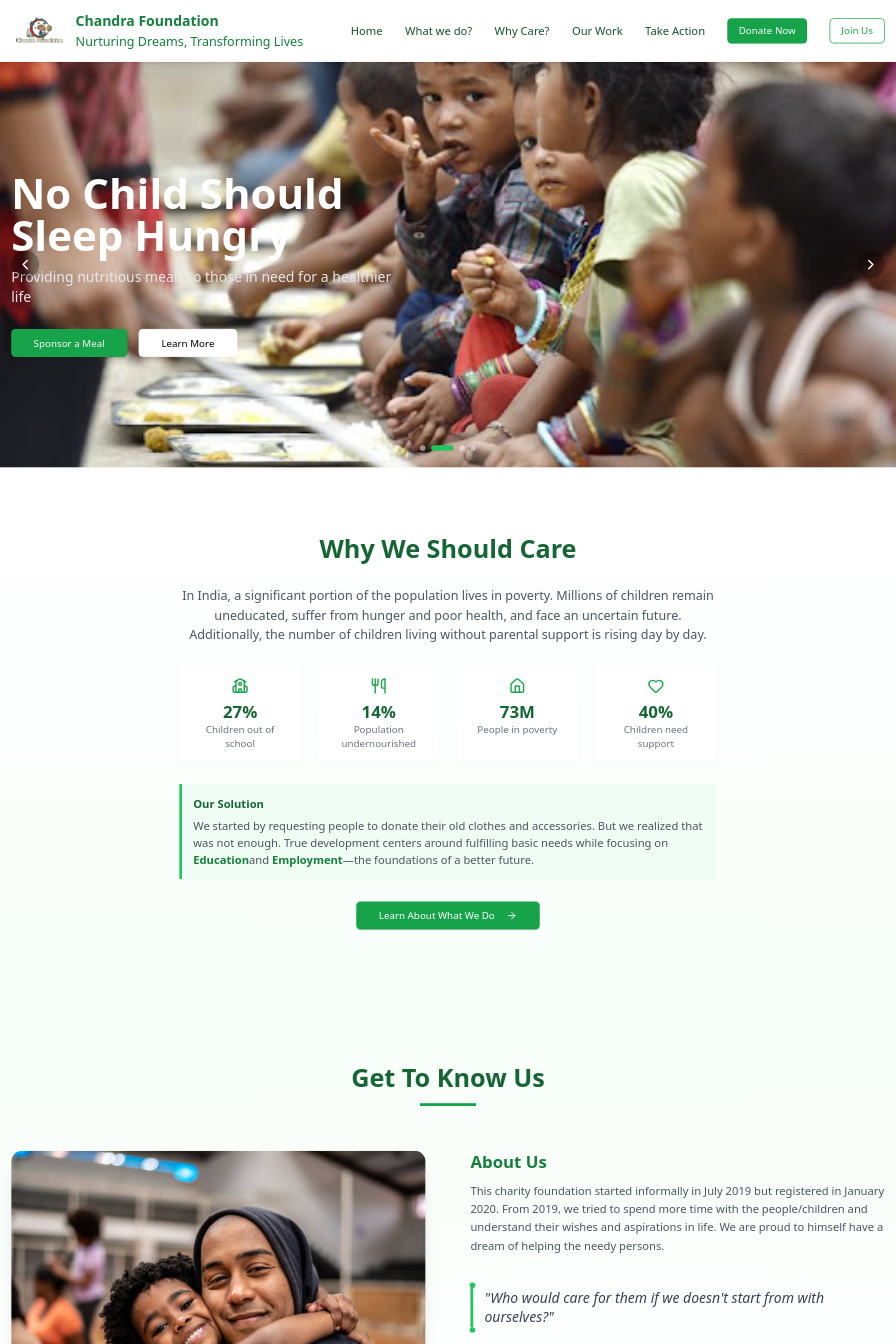
Repository: rajukumar2003/chandra-foundation
Page: /
The author's editor kept a copy of each file at every save. The page is drawn from the files as they stood at one save, then again after the next save.
The browser window is 1280 px wide. The pictures show the part of the page from y = 0 to 1920 px (the page is 7619 px tall), at 70% of full size.
The project was rebuilt for these pictures with package versions that can differ from the ones it lists, and the page was loaded fresh each time. The framework's server and built-in components were replaced by stand-ins that run in the browser. Also part of the build but not shown: next.config.ts.

Above is the page before, as saved 2024-12-18 16:46:12.

After the next save:
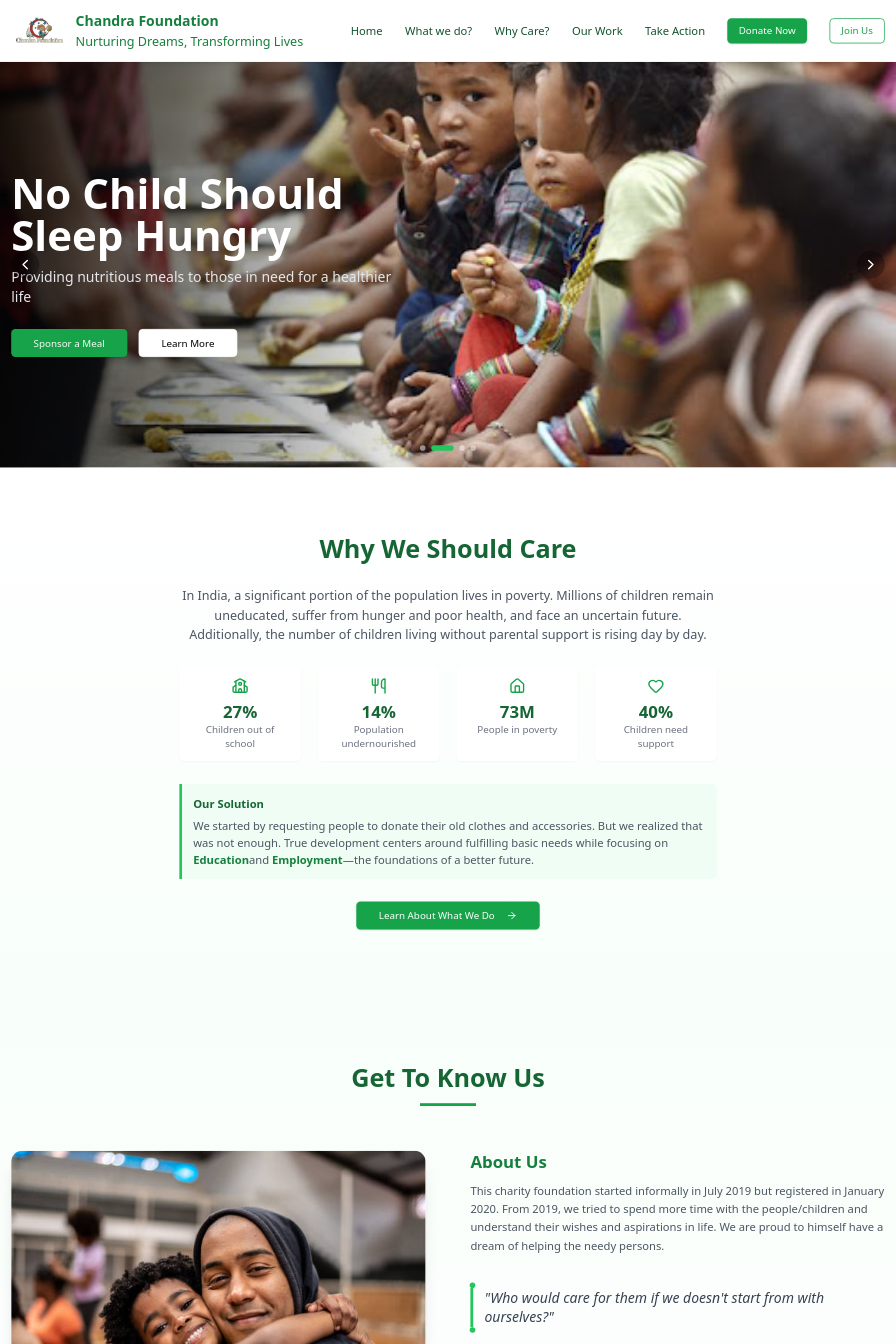
Saved 5 s later.
--- a/app/components/HeroSection.tsx
+++ b/app/components/HeroSection.tsx
@@ -76,7 +76,7 @@
             />
 
             {/* Gradient Overlay */}
-            <div className="absolute inset-y-0 left-0 w- bg-gradient-to-r from-black/80 to-transparent" />
+            <div className="absolute inset-y-0 left-0 w-1/2 bg-gradient-to-r from-black/80 to-transparent" />
 
             {/* Content */}
             <div className="relative h-full container mx-auto px-4 flex items-center">
